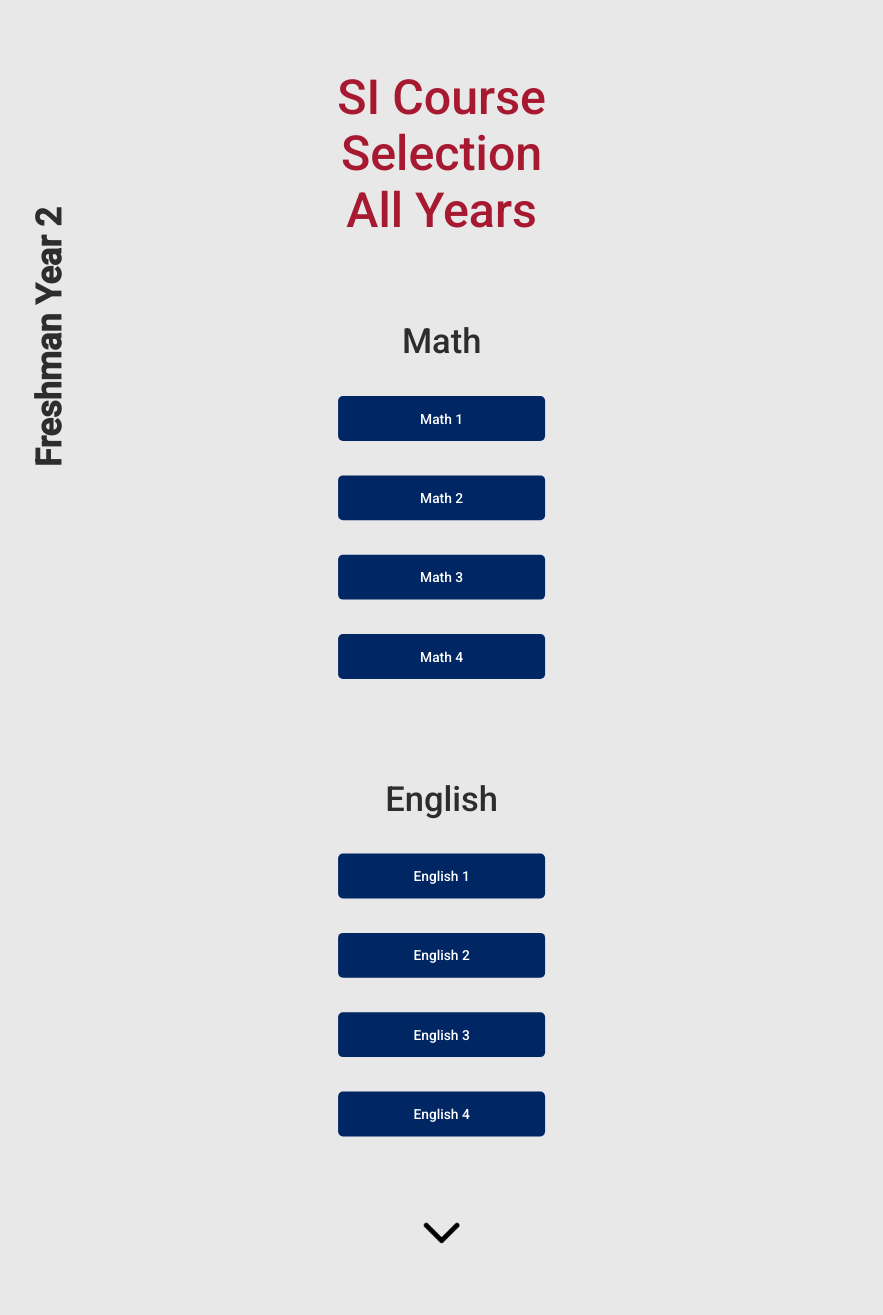
Repository: BuddyBob/si_course_selection
Page: /#/yearTwo
The author's editor kept a copy of each file at every save. The page is drawn from the files as they stood at one save, then again after the next save.
The browser window is 1280 px wide. The pictures show the whole page, at 69% of full size.
The project was rebuilt for these pictures with package versions that can differ from the ones it lists, and the page was loaded fresh each time. Also part of the build but not shown: src/components/CurrentYear.js, src/getLocalStorage.js, src/Home.js, src/components/AllYears/YearFour.js, src/components/AllYears/YearOne.js, src/components/AllYears/YearThree.js.

Above is the page before, as saved 2023-01-03 20:00:22.

After the next save:
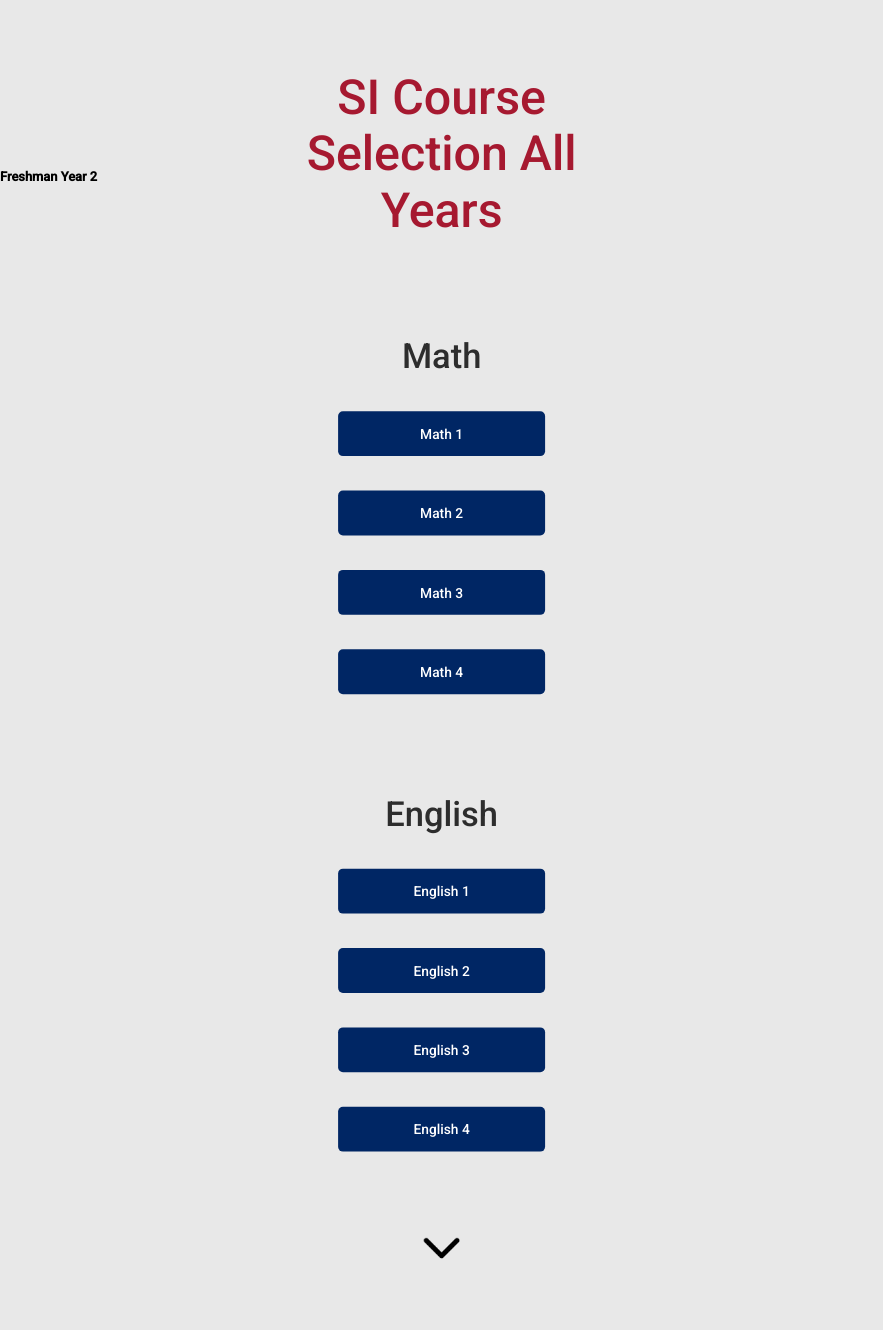
Saved 56 s later.
--- a/src/components/courseSelection.css
+++ b/src/components/courseSelection.css
@@ -5,6 +5,10 @@
     --highlight:#2D2D2D;
     --text:#2D2D2D;
   }
+
+.navCourseSelect{
+
+}
 .titleCourseSelect{
     font-style: normal;
     font-size: 70px;
@@ -13,7 +17,7 @@
 
     /* center text to page; */
     margin: auto;
-    width: 30%;
+    width: 40%;
     text-align: center;
 
     position: relative;
@@ -22,20 +26,7 @@
 
 }
 
-.headerCourseSelect{
-    font-style: normal;
-    font-size: 50px;
-    font-weight: 400px;
-    color: var(--highlight);
 
-
-    position: absolute;
-    top: 50%;
-    right:72%;
-    width:45%;
-    /* flip vertically */
-    transform: rotate(-90deg);
-}
 .courseSelect{
     position: relative;
     top: 200px;
